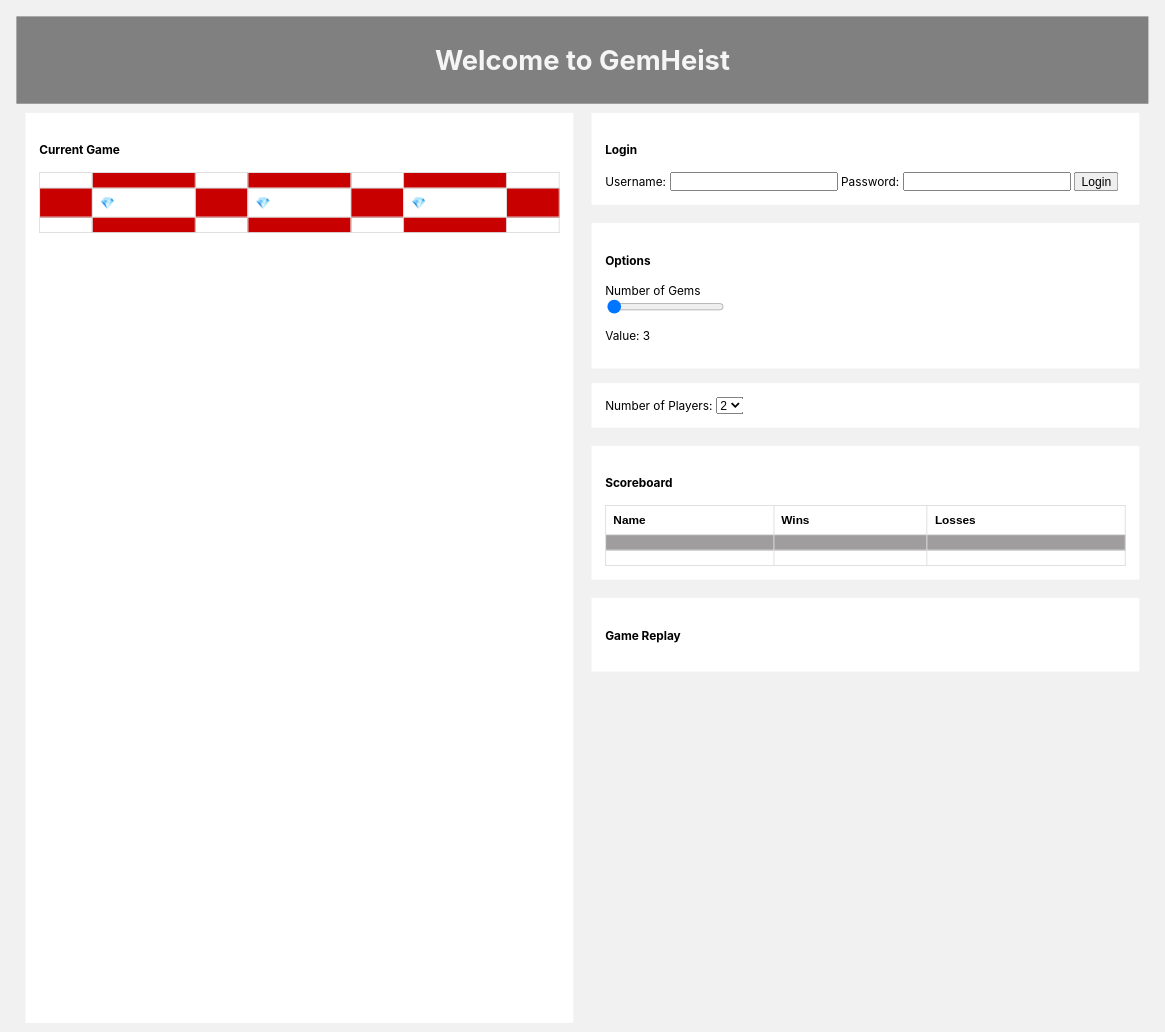
Repository: komalharjani/Gem-Heist
Page: board.html
These files come from the project's save history. The page is drawn as it stood at one moment and after the next save; the edit follows.
The browser window is 1280 px wide. The pictures show the whole page, at 91% of full size.

Above is the page before, as saved 2020-04-05 20:21:02.

### board.html
<!DOCTYPE html>
<html>

<head>
    <link rel="stylesheet" href="style.css">
</head>

<body>
    <!--Header-->
    <div class="header">
        <h2>Welcome to GemHeist</h2>
    </div>

    <!--Current Game-->
    <div class="centercolumn">
        <div class="card" style="height:1000px">
            <h4 id="gameTitle">Current Game</h4>
            <div class="yaks" id="game">
            </div>
        </div>
    </div>
    <!--Login -->
    <div class="centercolumn" id="scoreboard">
        <div class="card">
            <h4>Login</h4>
            <div class="yaks">
                <label for="fname">Username:</label>
                <input type="text" id="fname" name="fname">
                <label for="lname">Password:</label>
                <input type="text" id="lname" name="lname">
                <input type="submit" value="Login">
            </div>
        </div>
    </div><br>
    </div>

    <!--Options -->
    <div class="rightcolumn">
        <div class="card">
            <h4>Options</h4>
            <div class="yaks">
                <div class="slidecontainer">
                    <label for="myRange">Number of Gems</label></br>
                    <input type="range" min="3" max="20" value="3" class="slider" id="myRange">
                    <p>Value: <span id="demo"></span></p>
                </div>
            </div>
                <script>
                    var slider = document.getElementById("myRange");
                    var output = document.getElementById("demo");
                    output.innerHTML = slider.value;
                    document.getElementById("myRange").step = "3";
                    slider.oninput = function () {
                        output.innerHTML = this.value;
                    }
                </script>
            </div></br>
            <div class="card">
                <div class="yaks">
                    <label for="noPlayers">Number of Players:</label>
                    <select id="noPlayers">
                        <option value="2">2</option>
                        <option value="3">3</option>
                        <option value="4">4</option>
                        <option value="5">5</option>
                    </select>
                </div>
            </div>
    </div><br>
    </div>

    <!--Scoreboard - change to dynamic -->
    <div class="rightcolumn">
        <div class="card">
            <h4>Scoreboard</h4>
            <div class="yaks" id="scoreboard">
                <table>
                    <tr>
                        <th>Name</th>
                        <th>Wins</th>
                        <th>Losses</th>
                    </tr>
                    <tr>
                        <td> </td>
                        <td> </td>
                        <td> </td>
                    </tr>
                    <tr>
                        <td> </td>
                        <td> </td>
                        <td> </td>
                    </tr>
                </table>

            </div>
        </div>
    </div><br>
    </div>

    <!--Scoreboard -->
    <div class="rightcolumn">
        <div class="card">
            <h4>Game Replay</h4>
            <div class="yaks">
                <!--Content Here-->
            </div>
        </div>
    </div><br>
    </div>



    <!--JAVASCRIPT -->
    <script src="model_Board.js"></script>
</body>

</html>

### style.css
* {
    box-sizing: border-box;
  }

  /* Add a gray background color with some padding */
  body {
    font-family: -apple-system, BlinkMacSystemFont, 'Segoe UI', Roboto, Oxygen, Ubuntu, Cantarell, 'Open Sans', 'Helvetica Neue', sans-serif;
    padding: 10px;
    background: #f1f1f1;
    font-size: 13px;
  }
  table {
    font-family: arial, sans-serif;
    border-collapse: collapse;
    width: 100%;
  }

  td, th {
    border: 1px solid #dddddd;
    text-align: left;
    padding: 8px;
  }

  tr:nth-child(even) {
    background-color: #dddddd;
  }
  /* Header Title */
  .header {
    padding: 5px;
    font-size: 20px;
    text-align: center;
    background: grey;
    color: whitesmoke;
  }

  .login {
    width:300px;
    height:150px;
    position: fixed;
    top: 50%;
    left: 50%;
    margin-top: -125px;
    margin-left: -150px;
  }


  /* Alerts and Gems */

  .gem {
    background-color: white;
    justify-content: center;
  }

  .gem:hover {
    background-color: rgb(240, 240, 240);
  }

  .alarm {
    background-color: rgb(200, 0, 0);
  }

  .white {
    background-color: white;
  }

  .empty {
    background-color: white;
  }

  .alarm:hover {
    background-color: rgb(136, 0, 0);
  }

  /* Split Screen into Columns */

  .rightcolumn {
    float: right;
    width: 50%;
    padding: 10px;
  }

  .centercolumn {
    float: left;
    width: 50%;
    padding: 10px;
  }

  .box {
    background-color: whitesmoke;
    width: 100%;
    padding: 15px;
  }

  .voteFilter {
    background-color: black;
    width: 100%;
    padding: 15px;
  }

  .card {
     background-color: white;
     padding: 15px;
  }

  .row:after {
    content: "";
    display: table;
    clear: both;
  }

  /* Footer */
  .footer {
    padding: 20px;
    text-align: center;
    background: #ddd;
    margin-top: 20px;
  }

  /* Responsive layout - when the screen is less than 800px wide, make the two columns stack on top of each other instead of next to each other */
  @media screen and (max-width: 800px) {
    .leftcolumn, .rightcolumn {
      width: 100%;
      padding: 0;
    }
  }

  tr:nth-child(even) {
    background-color: #3b37377c;
  }

### model_Board.js
/**
 * Variables
 */
const width = 7;
var gemChar = '&#128142';
var noGems = document.getElementById("myRange").value;
height = (2 / 3 * noGems) + 1;

/**
 * Declare Arrays for Drawing Board...
 */
let currentState = new Array(height);
let count = 0;
for (let k = 0; k < currentState.length; k++) {
    currentState[k] = new Array(width);
}
console.log(currentState);

let arr = new Array(height);
for (let k = 0; k < arr.length; k++) {
    arr[k] = new Array(width);
}
/**
 * Function to Draw Board
 */
function drawBoard() {
    var table = document.createElement("table");
    for (var r = 0; r < height; r++) {
        var row = document.createElement('tr');
        for (var c = 0; c < width; c++) {
            var cell = document.createElement('td');
            if (c % 2 && r % 2) { //identify gem cells
                cell.innerHTML = gemChar;
                cell.className = "gem";
            }
            else if (c % 2 || r % 2) { //identify alarm cells
                cell.className = "alarm";
            }
            row.appendChild(cell);
        }
        table.appendChild(row);
    }
    document.body.appendChild(table);
    //console.log(arr);
    //console.log(currentState);
    console.log(currentState[1][7]);

    //display in this div
    let divContainer = document.getElementById("game");
    divContainer.innerHTML = "";
    divContainer.appendChild(table);
}
drawBoard();

// function captureAlarm() {
//     if (currentState.className == "alarm") {
//         cell.addEventListener('click', function(event){
//             this.className = "white";
//             //replay.enqueue(this);
//     })
// }
// }


//Array for Players

//Queue replay

//for logic implmeentation
//seccond array? - to know which gems to check on
//gems array - to determine score and winner -- one for each player -- consider multiple players to determine winner
//how to pass html objects as a JSON ????

// drawTable = function(currentState) {
//         var table = document.createElement('table');
//         for (var i = 0; i < currentState.length; i++) {
//             var row = document.createElement('tr');
//             for (var j = 0; j < currentState[i].length; j++) {
//                 var cell = document.createElement('td');
//                 cell.textContent = currentState[i][j];
//                 row.appendChild(cell);
//             }
//             table.appendChild(row);
//         }
//         return table;
//     }
//     let divContainer = document.getElementById("game");
//     divContainer.innerHTML = "";
//     divContainer.appendChild(table);
//     drawTable();

After the next save:
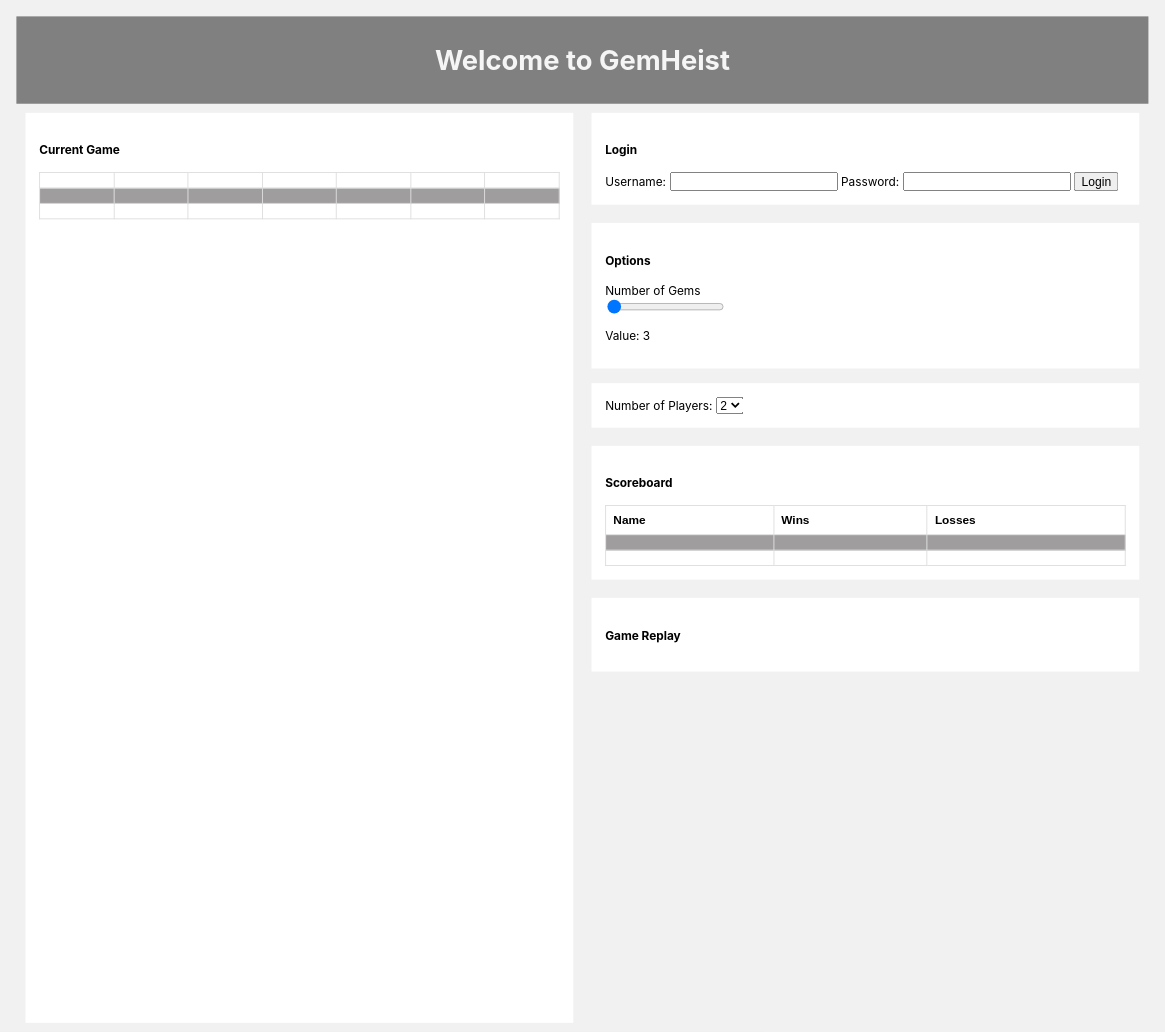
Saved 92 s later.
--- a/model_Board.js
+++ b/model_Board.js
@@ -25,17 +25,17 @@
  */
 function drawBoard() {
     var table = document.createElement("table");
-    for (var r = 0; r < height; r++) {
-        var row = document.createElement('tr');
-        for (var c = 0; c < width; c++) {
-            var cell = document.createElement('td');
-            if (c % 2 && r % 2) { //identify gem cells
-                cell.innerHTML = gemChar;
-                cell.className = "gem";
-            }
-            else if (c % 2 || r % 2) { //identify alarm cells
-                cell.className = "alarm";
-            }
+    for (var i = 0; i < height; i++) { //loop through height
+        var row = document.createElement('tr'); //create rows for each height
+        for (var j = 0; j < width; j++) { //loop through width
+            var cell = document.createElement('td'); //create columns for each width
+            // if (j % 2 && i % 2) { //identify gem cells
+            //     cell.innerHTML = gemChar;
+            //     cell.className = "gem";
+            // }
+            // else if (j % 2 || i % 2) { //identify alarm cells
+            //     cell.className = "alarm";
+            // }
             row.appendChild(cell);
         }
         table.appendChild(row);
